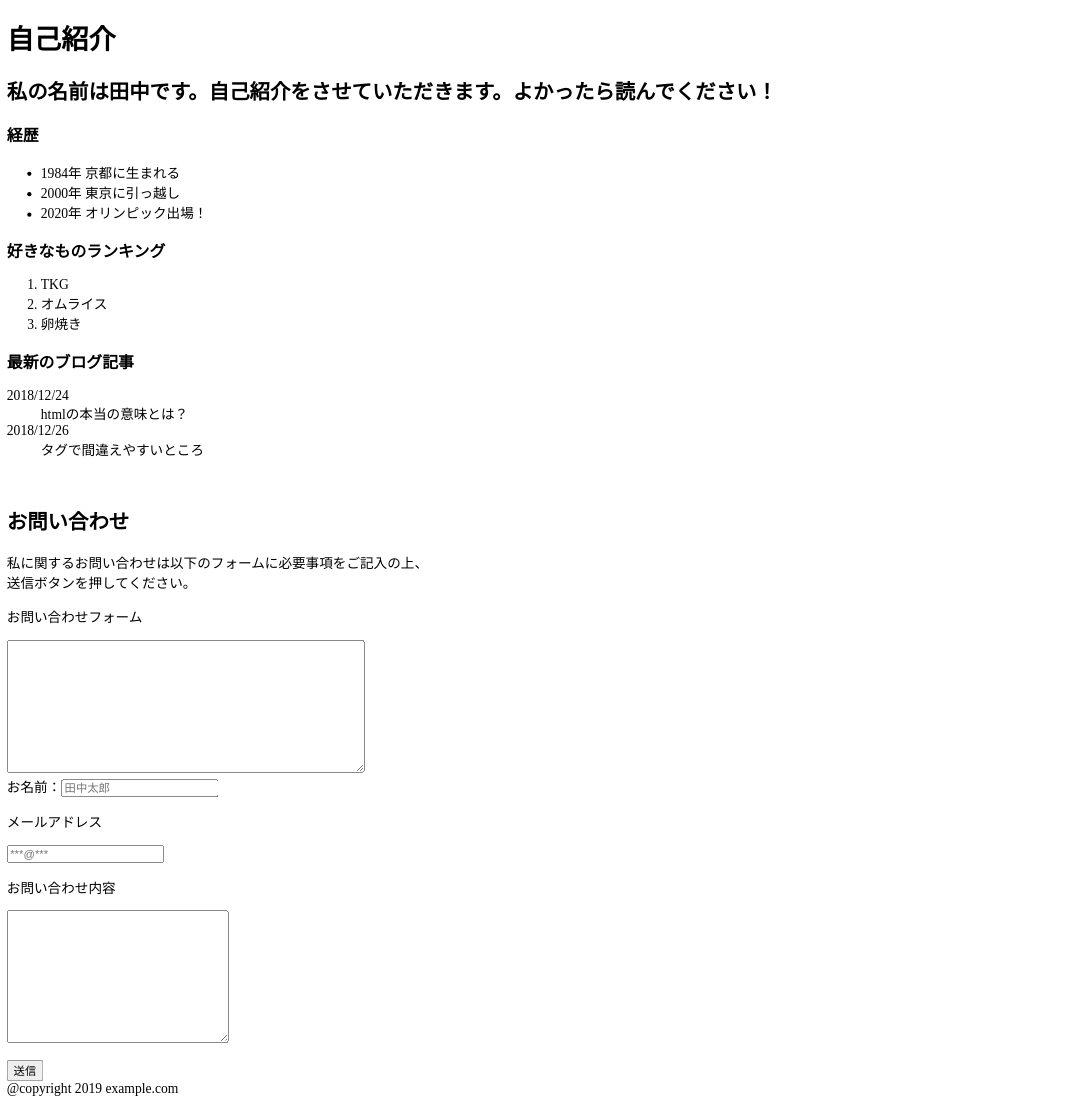
Repository: wairoku/suretigai1
Page: jack.html
These files come from the project's save history. The page is drawn as it stood at one moment and after the next save; the edit follows.
The browser window is 1280 px wide. The pictures show the whole page, at 85% of full size.

Above is the page before, as saved 2019-01-02 20:38:46.

### jack.html
<!DOCTYPE html>

    <head>
      <meta charset='utf-8'>
    </head>
<body>

<h1>自己紹介</h1>
<h2>私の名前は田中です。自己紹介をさせていただきます。よかったら読んでください！</h2>


    <h3>経歴</h3>
<div>
    <ul>
        <li>1984年 京都に生まれる</li>
        <li>2000年 東京に引っ越し</li>
        <li>2020年 オリンピック出場！</li>
   </ul>
</div>

    <h3>好きなものランキング</h3>
<div>
    <ol>
        <li>TKG</li>
        <li>オムライス</li>
        <li>卵焼き</li>
    </ol>
</div>

    <h3>最新のブログ記事</h3>
<dl>
    <dt>2018/12/24<dt>
        <dd>htmlの本当の意味とは？</dd>
    <dt>2018/12/26<dt>
        <dd>タグで間違えやすいところ</dd>
</dl>


<br>

 <h2>お問い合わせ</h2>
私に関するお問い合わせは以下のフォームに必要事項をご記入の上、<br>
送信ボタンを押してください。
<form action="">
<p>お問い合わせフォーム</p>
<textarea name="" id="" cols="50" rows="10"></textarea>

<div
>お名前：<input type="text" placeholder="田中太郎">
</div>


<p>メールアドレス</p>
<input type="text" placeholder="***@***">


<p>お問い合わせ内容</p>
<textarea name="" id="" cols="30" rows="10"></textarea></p>
<input type="button" value="送信">

</form>


<footer>@copyright 2019 example.com</footer>


</body>

After the next save:
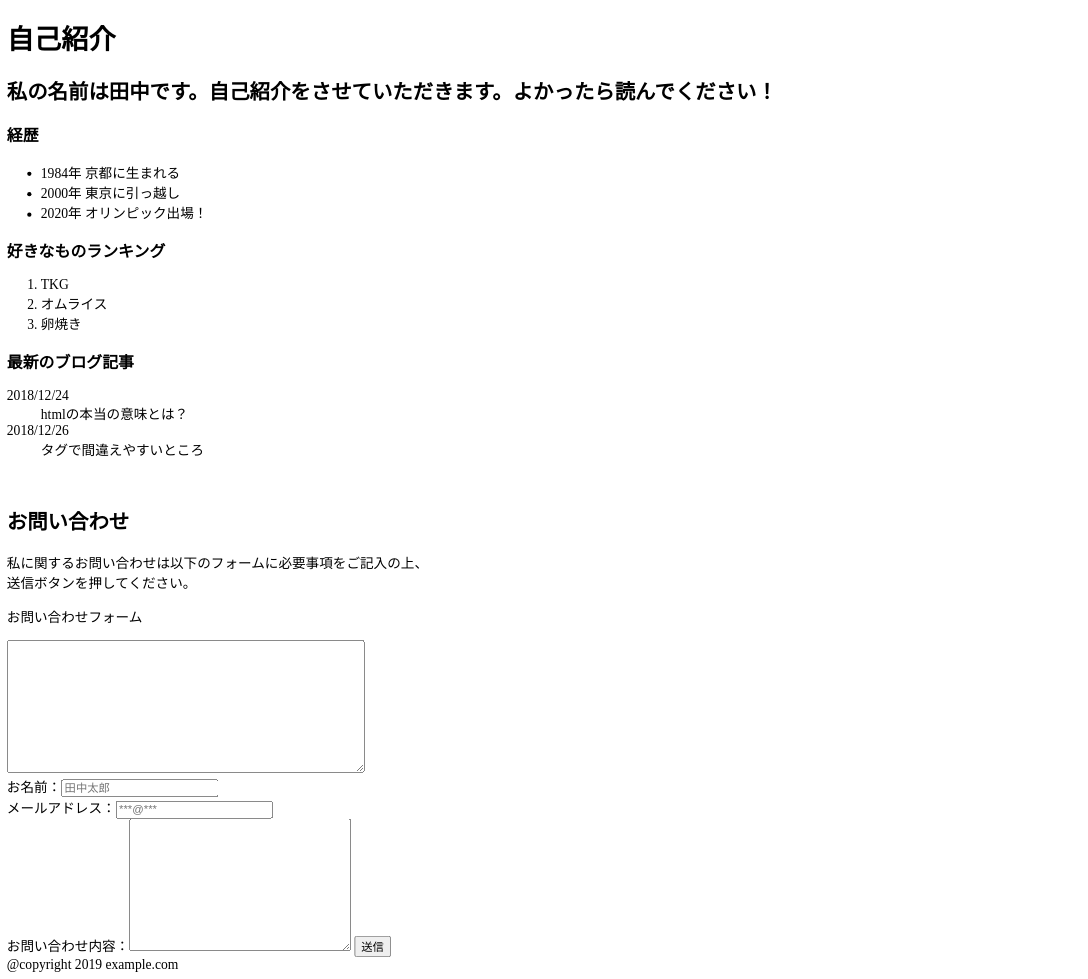
Saved 81 s later.
--- a/jack.html
+++ b/jack.html
@@ -45,18 +45,20 @@
 <p>お問い合わせフォーム</p>
 <textarea name="" id="" cols="50" rows="10"></textarea>
 
-<div
->お名前：<input type="text" placeholder="田中太郎">
+<div>
+    お名前：<input type="text" placeholder="田中太郎">
 </div>
 
 
-<p>メールアドレス</p>
-<input type="text" placeholder="***@***">
+<div>
+    メールアドレス：<input type="text" placeholder="***@***">
+</div>
 
 
-<p>お問い合わせ内容</p>
-<textarea name="" id="" cols="30" rows="10"></textarea></p>
-<input type="button" value="送信">
+<div>
+    お問い合わせ内容：<textarea name="" id="" cols="30" rows="10"></textarea>
+    <input type="button" value="送信">
+</div>
 
 </form>
 
